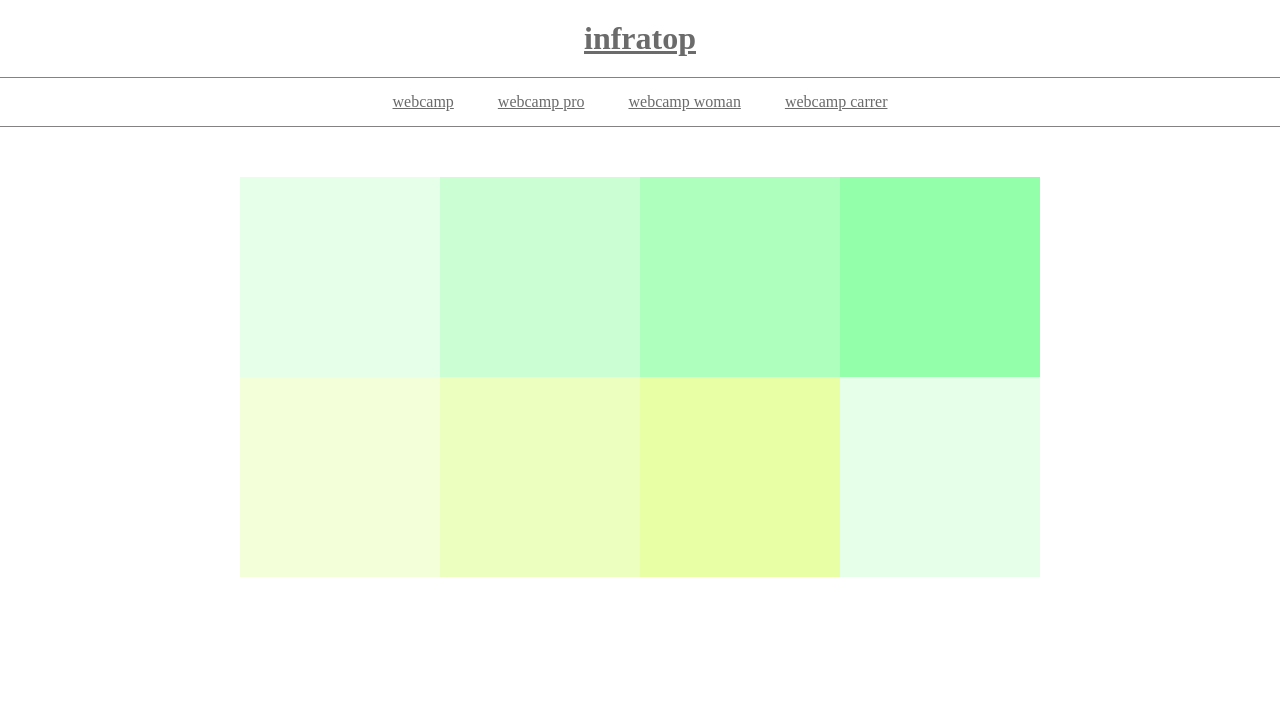
Repository: Raychel-310/chapter10
Page: chapter5_exercise/chapter5_exercise.html
The author's editor kept a record of every edit. The page is drawn from the files as they stood at one moment, then again after the next edit.
The browser window is 1280 px wide. The pictures show the whole page.

Above is the page before.

### chapter5_exercise/chapter5_exercise.html
<!DOCTYPE html>
<html lang="ja">
  <head>
    <meta charset="UTF-8" />
    <!-- CSSファイルの読み込み -->
    <link rel="stylesheet" href="chapter5_exercise.css" />
    <title>infratop</title>
  </head>

  <body>
    <!-- header -->
    <header>
      <h1 class="heading">
        <a href="chapter5_exercise.html">
          infratop
        </a>
      </h1>
    </header>

    <nav>
      <ul class="nav-list">
       <li class="nav-list-item">
          <a href="chapter5_exercise.html">webcamp</a>
        </li>
        <li class="nav-list-item">
          <a href="chapter5_exercise.html">webcamp pro</a>
        </li>
        <li class="nav-list-item">
          <a href="chapter5_exercise.html">webcamp woman</a>
        </li>
        <li class="nav-list-item">
          <a href="chapter5_exercise.html">webcamp carrer</a>
        </li>
      </ul>
    </nav>

    <div class="main">
      <div class="box1"></div>
      <div class="box2"></div>
      <div class="box3"></div>
      <div class="box4"></div>
      <div class="box5"></div>
      <div class="box6"></div>
      <div class="box7"></div>
      <div class="box8"></div>
      <div class="box9"></div>
      <div class="box10"></div>
      <div class="box11"></div>
      <div class="box12"></div>
    </div>
        <!-- navigation -->
    <!-- footer -->
    <footer>
      <p class="footer-text">© All rights reserved by Infratop.Inc.</p>
    </footer>
  </body>
</html>

### chapter5_exercise/chapter5_exercise.css
/* ブラウザがそれぞれ持っているCSSをリセットするための記述 */
* {
  margin: 0;
  padding: 0;
  box-sizing: border-box;
  color: #6c6b6b;
}

header {
  width: 100%; /* 横幅90% */
  padding: 20px 0;
  text-align: center;
}

.nav-list {
  text-align: center;
  padding: 15px 0;
  margin: 0 auto;
  border-bottom: 1px solid #848282;
  border-top: 1px solid #848282;
}

.nav-list-item {
  list-style: none;
  display: inline-block;
  margin: 0 20px;
}

.main {
  width: 800px;
  margin: 50px auto;
  display: flex;
  flex-wrap: wrap;
}

.box1 {
  width: 200px;
  height: 200px;
  background-color: #e6ffe9;
}

.box2 {
  width: 200px;
  height: 200px;
  background-color: #cbffd3;
}

.box3 {
  width: 200px;
  height: 200px;
  background-color: #aeffbd;
}

.box4 {
  width: 200px;
  height: 200px;
  background-color: #93ffab;
}

.box5 {
  width: 200px;
  height: 200px;
  background-color: #f3ffd8;
}

.box6 {
  width: 200px;
  height: 200px;
  background-color: #edffbe;
}

.box7 {
  width: 200px;
  height: 200px;
  background-color: #e9ffa5;
}

.box8 {
  width: 200px;
  height: 200px;
  background-color: #e6ffe9;
}
.footer-text {
  color: #fff;
}

After the next edit:
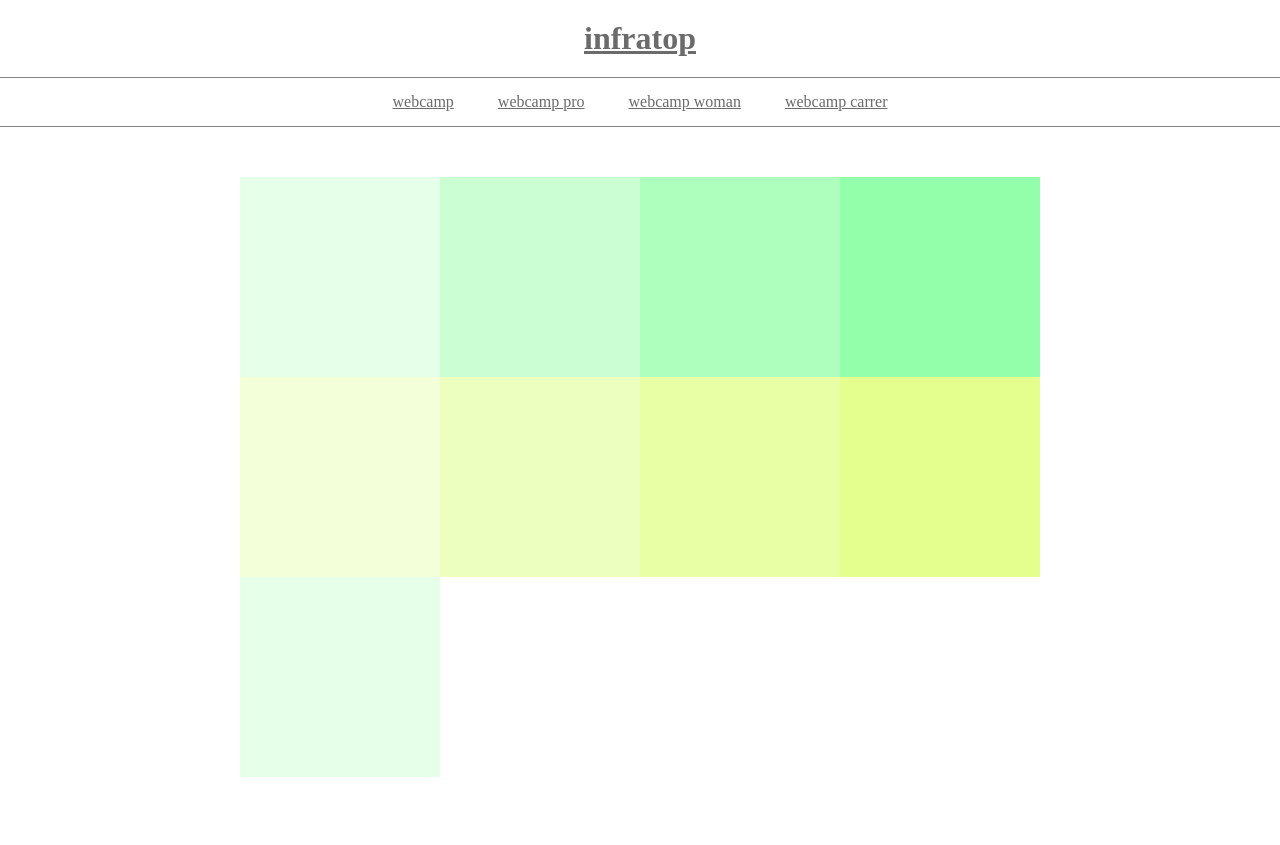
The edit:
--- a/chapter5_exercise/chapter5_exercise.css
+++ b/chapter5_exercise/chapter5_exercise.css
@@ -78,6 +78,12 @@
 .box8 {
   width: 200px;
   height: 200px;
+  background-color: #e4ff8d;
+}
+
+.box9 {
+  width: 200px;
+  height: 200px;
   background-color: #e6ffe9;
 }
 .footer-text {
